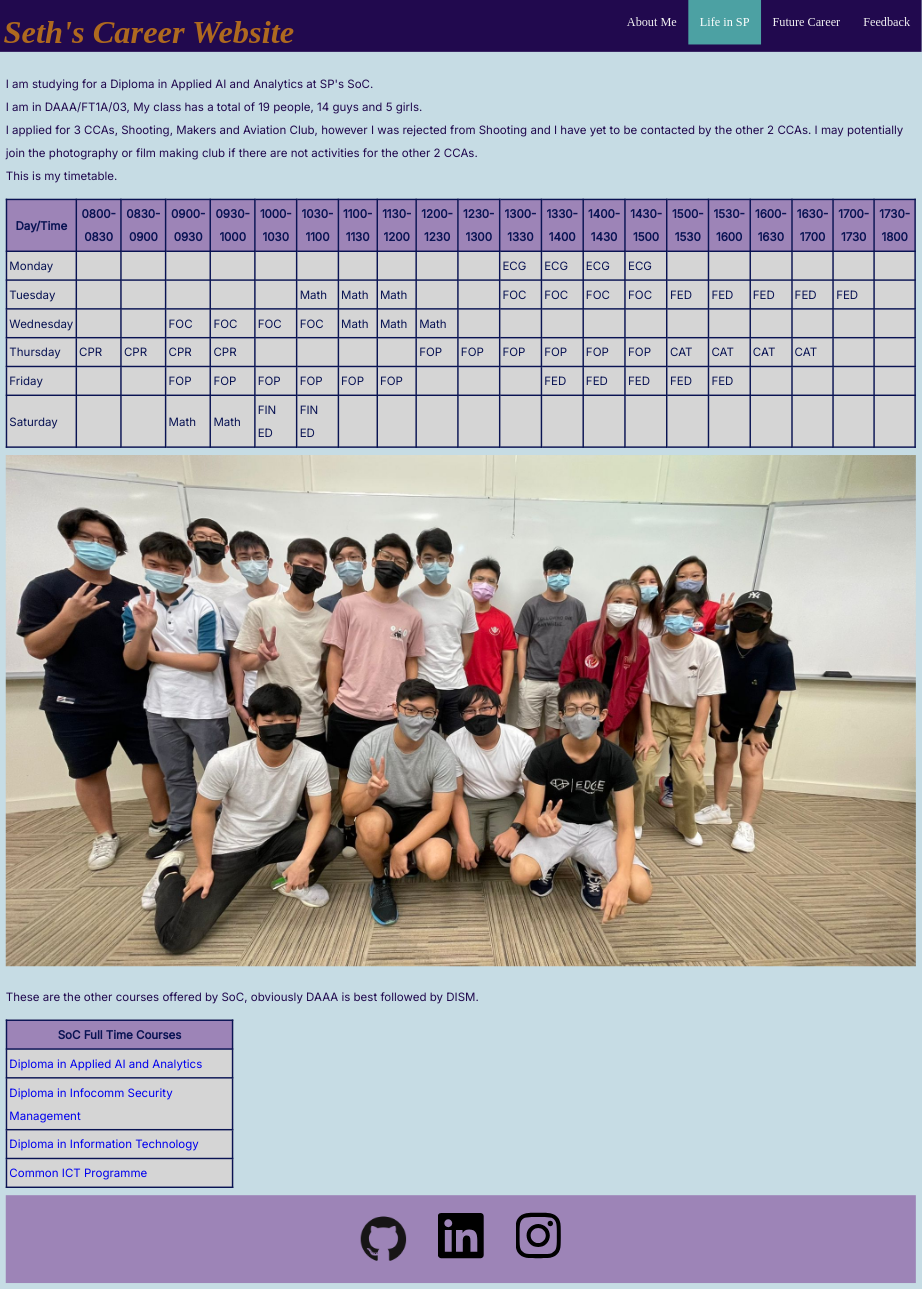
Repository: idkSeth/SP-FED-Website
Page: life.html
The author's editor kept a record of every edit. The page is drawn from the files as they stood at one moment, then again after the next edit.
The browser window is 1280 px wide. The pictures show the whole page, at 72% of full size.
Some web fonts or font styles are not loaded; a fallback is used.

Above is the page before.

### life.html
<!DOCTYPE html>
<html lang="en">
<head>
    <title>Seth's Career Website</title>
    <link rel="icon" type="image" href="/images/favicon.png">
    <meta charset="UTF-8">
    <script src="scripts.js"></script>
    <noscript>Your browser does not support JavaScript! Please use a browser that supports JavaScript.</noscript>
    <link rel="preconnect" href="https://fonts.googleapis.com">
    <link rel="preconnect" href="https://fonts.gstatic.com" crossorigin>
    <link href="https://fonts.googleapis.com/css2?family=ZCOOL+QingKe+HuangYou&display=swap" rel="stylesheet">
    <link href="https://fonts.googleapis.com/css2?family=Inter&family=Open+Sans&display=swap" rel="stylesheet">
    <link rel="stylesheet" href="styles.css">
</head>

<body>
    <header>
        <a class="awesome" href="index.html">Seth's Career Website</a>
        <div class="topnav">
            <a href="index.html">About Me</a>
            <a class="current" href="life.html">Life in SP</a>
            <a href="future.html">Future Career</a>
            <a href="feedback.html">Feedback</a>
        </div>
    </header>

    <div>
        <p>
            I am studying for a Diploma in Applied AI and Analytics at SP's SoC. <br>
            I am in DAAA/FT1A/03, My class has a total of 19 people, 14 guys and 5 girls. <br>
            I applied for 3 CCAs, Shooting, Makers and Aviation Club, however I was rejected from Shooting and I have yet to be contacted by the other 2 CCAs.
            I may potentially join the photography or film making club if there are not activities for the other 2 CCAs.

            <br> This is my timetable.
        </p>
    </div>


    <table class="timetable">
        <thead>
            <tr>
                <th>Day/Time</th>
                <th>0800-0830</th>
                <th>0830-0900</th>
                <th>0900-0930</th>
                <th>0930-1000</th>
                <th>1000-1030</th>
                <th>1030-1100</th>
                <th>1100-1130</th>
                <th>1130-1200</th>
                <th>1200-1230</th>
                <th>1230-1300</th>
                <th>1300-1330</th>
                <th>1330-1400</th>
                <th>1400-1430</th>
                <th>1430-1500</th>
                <th>1500-1530</th>
                <th>1530-1600</th>
                <th>1600-1630</th>
                <th>1630-1700</th>
                <th>1700-1730</th>
                <th>1730-1800</th>
            </tr>
        </thead>
        <tbody>
          <tr>
            <td>Monday</td>
            <td></td>
            <td></td>
            <td></td>
            <td></td>
            <td></td>
            <td></td>
            <td></td>
            <td></td>
            <td></td>
            <td></td>
            <td>ECG</td>
            <td>ECG</td>
            <td>ECG</td>
            <td>ECG</td>
            <td></td>
            <td></td>
            <td></td>
            <td></td>
            <td></td>
            <td></td>
          </tr>
          <tr>
            <td>Tuesday</td>
            <td></td>
            <td></td>
            <td></td>
            <td></td>
            <td></td>
            <td>Math</td>
            <td>Math</td>
            <td>Math</td>
            <td></td>
            <td></td>
            <td>FOC</td>
            <td>FOC</td>
            <td>FOC</td>
            <td>FOC</td>
            <td>FED</td>
            <td>FED</td>
            <td>FED</td>
            <td>FED</td>
            <td>FED</td>
            <td></td>
          </tr>
          <tr>
            <td>Wednesday</td>
            <td></td>
            <td></td>
            <td>FOC</td>
            <td>FOC</td>
            <td>FOC</td>
            <td>FOC</td>
            <td>Math</td>
            <td>Math</td>
            <td>Math</td>
            <td></td>
            <td></td>
            <td></td>
            <td></td>
            <td></td>
            <td></td>
            <td></td>
            <td></td>
            <td></td>
            <td></td>
            <td></td>
          </tr>
          <tr>
            <td>Thursday</td>
            <td>CPR</td>
            <td>CPR</td>
            <td>CPR</td>
            <td>CPR</td>
            <td></td>
            <td></td>
            <td></td>
            <td></td>
            <td>FOP</td>
            <td>FOP</td>
            <td>FOP</td>
            <td>FOP</td>
            <td>FOP</td>
            <td>FOP</td>
            <td>CAT</td>
            <td>CAT</td>
            <td>CAT</td>
            <td>CAT</td>
            <td></td>
            <td></td>
          </tr>
          <tr>
            <td>Friday</td>
            <td></td>
            <td></td>
            <td>FOP</td>
            <td>FOP</td>
            <td>FOP</td>
            <td>FOP</td>
            <td>FOP</td>
            <td>FOP</td>
            <td></td>
            <td></td>
            <td></td>
            <td>FED</td>
            <td>FED</td>
            <td>FED</td>
            <td>FED</td>
            <td>FED</td>
            <td></td>
            <td></td>
            <td></td>
            <td></td>
          </tr>
          <tr>
            <td>Saturday</td>
            <td></td>
            <td></td>
            <td>Math</td>
            <td>Math</td>
            <td>FIN ED</td>
            <td>FIN ED</td>
            <td></td>
            <td></td>
            <td></td>
            <td></td>
            <td></td>
            <td></td>
            <td></td>
            <td></td>
            <td></td>
            <td></td>
            <td></td>
            <td></td>
            <td></td>
            <td></td>
          </tr>
      </tbody>
    </table>


    <img src="images/class.jpeg" alt="My Class">

    <p>
        These are the other courses offered by SoC, obviously DAAA is best followed by DISM.
    </p>

    <div>
        <table class="courses">
            <thead>
                <tr>
                    <th>SoC Full Time Courses</th>
                </tr>
            </thead>

            <tbody>
                <tr>
                    <td>
                        <a href="https://www.sp.edu.sg/soc/courses/full-time-diplomas/applied-AI-and-analytics">Diploma in Applied AI and Analytics</a>
                    </td>
                </tr>
                <tr>
                    <td>
                        <a href="https://www.sp.edu.sg/soc/courses/full-time-diplomas/infocomm-security-management">Diploma in Infocomm Security Management</a>
                    </td>
                </tr>
                <tr>
                    <td>
                        <a href="https://www.sp.edu.sg/soc/courses/full-time-diplomas/information-technology">Diploma in Information Technology</a>
                    </td>
                </tr>
                <tr>
                    <td>
                        <a href="https://www.sp.edu.sg/soc/courses/full-time-diplomas/common-ict-programme">Common ICT Programme</a>
                    </td>
                </tr>
            </tbody>
        </table>
    </div>

    <footer>
        <div id="social">
            <a href="https://github.com/idkSeth" target="_blank" rel="noopener"><img src="images/icons/GitHub-Mark-120px-plus.png" alt="GitHub"></a>
            <a href="https://www.linkedin.com/in/seth-yong-00672b229/" target="_blank" rel="noopener"><img src="/images/icons/linkedin-brands.svg" alt="LinkedIn"></a>
            <a href="https://www.instagram.com/ds047_seth" target="_blank" rel="noopener"><img src="/images/icons/instagram-brands.svg" alt="Instagram"></a>
        </div>
    </footer>

</body>

### styles.css
body {
    background-color:  #C6DCE4;
    margin-top: 100px;
    padding: 0;
    font-family: 'Inter', sans-serif;
    font-weight: normal;
    line-height: 2;
}

#about {
    align-content: center;
    margin: auto;
    padding: auto;
    text-align: center;
    top: 50%;
    text-align: left;
    margin: auto;
    width: 100%;
    height: 100%;
}

#social {
  text-align: center;
  width: 100%;
}

#social a img {
  width: 5%;
  padding: 20px;
}

p {
    color:#21094E;
}

img {
  object-fit: contain;
  width: 100%;
  margin: auto;
}

footer {
  background-color: #9D84B7;
  bottom: 0;
  left: 0;
  width: 100%;
  margin: 0;
  padding: 0;
}


header {
  font-family: 'ZCOOL QingKe HuangYou', cursive;
  background-color: #21094E;
  min-width: 100%;
  width: 100%;
  height: 10%;
  left: 0;
  top: 0;
  position: absolute;
}

header a {
  padding-left: 5px;
}


/* Add a black background color to the top navigation */
.topnav {
  overflow: hidden;
  float: right;
}

/* Style the links inside the navigation bar */
.topnav a {
  float: left;
  color: #f2f2f2;
  text-align: center;
  padding: 14px 16px;
  text-decoration: none;
  font-size: 17px;
  height: 10%;
}

/* Change the color of links on hover */
.topnav a:hover {
  background-color: #ddd;
  color: black;
}

/* Highlight current page */
.topnav .current {
  background-color: #4CA1A3;
  color: white;
}

a {
  text-decoration: None;
}
.awesome {
    font-family: futura;
    font-style: italic;
    color: #313131;
    font-size: 45px;
    font-weight: bold;
    -webkit-animation: colorchange 20s infinite alternate;
  }

  @-webkit-keyframes colorchange {
    0% {
      color: blue;
    }
    10% {
      color: #8e44ad;
    }
    20% {
      color: #1abc9c;
    }
    30% {
      color: #d35400;
    }
    40% {
      color: blue;
    }
    50% {
      color: #34495e;
    }
    60% {
      color: blue;
    }
    70% {
      color: #2980b9;
    }
    80% {
      color: #f1c40f;
    }
    90% {
      color: #2980b9;
    }
    100% {
      color: pink;
    }
  }

input[type=text], input[type=email] {
  width: 100%;
  padding: 12px 20px;
  margin: 8px 0;
  box-sizing: border-box;
}

input[type=text]:focus, input[type=email]:focus {
  border: 3px solid #555;
}

input[type=button], input[type=submit], input[type=reset] {
  background-color: #04AA6D;
  border: none;
  color: white;
  padding: 16px 32px;
  text-decoration: none;
  margin: 4px 2px;
  cursor: pointer;
}

table.timetable {
  width: 100%;
  background-color: #d5d5d5;
  border-collapse: collapse;
  border-width: 2px;
  border-color: #091353;
  border-style: solid;
  color: #091353;
  margin-bottom: 10px;
}

table.timetable td, table.timetable th {
  border-width: 2px;
  border-color: #091353;
  border-style: solid;
  padding: 3px;
}

table.timetable thead {
  background-color: #9d84b7;
}

table.courses {
  width: 25%;
  background-color: #d5d5d5;
  border-collapse: collapse;
  border-width: 2px;
  border-color: #091353;
  border-style: solid;
  color: #091353;
  margin-bottom: 10px;
}

table.courses td, table.courses th {
  border-width: 2px;
  border-color: #091353;
  border-style: solid;
  padding: 3px;
}

table.courses thead {
  background-color: #9d84b7;
}

li {
  display: inline;
}

Loaded but not shown: scripts.js (no stored copy; drawn as an empty file)

After the next edit:
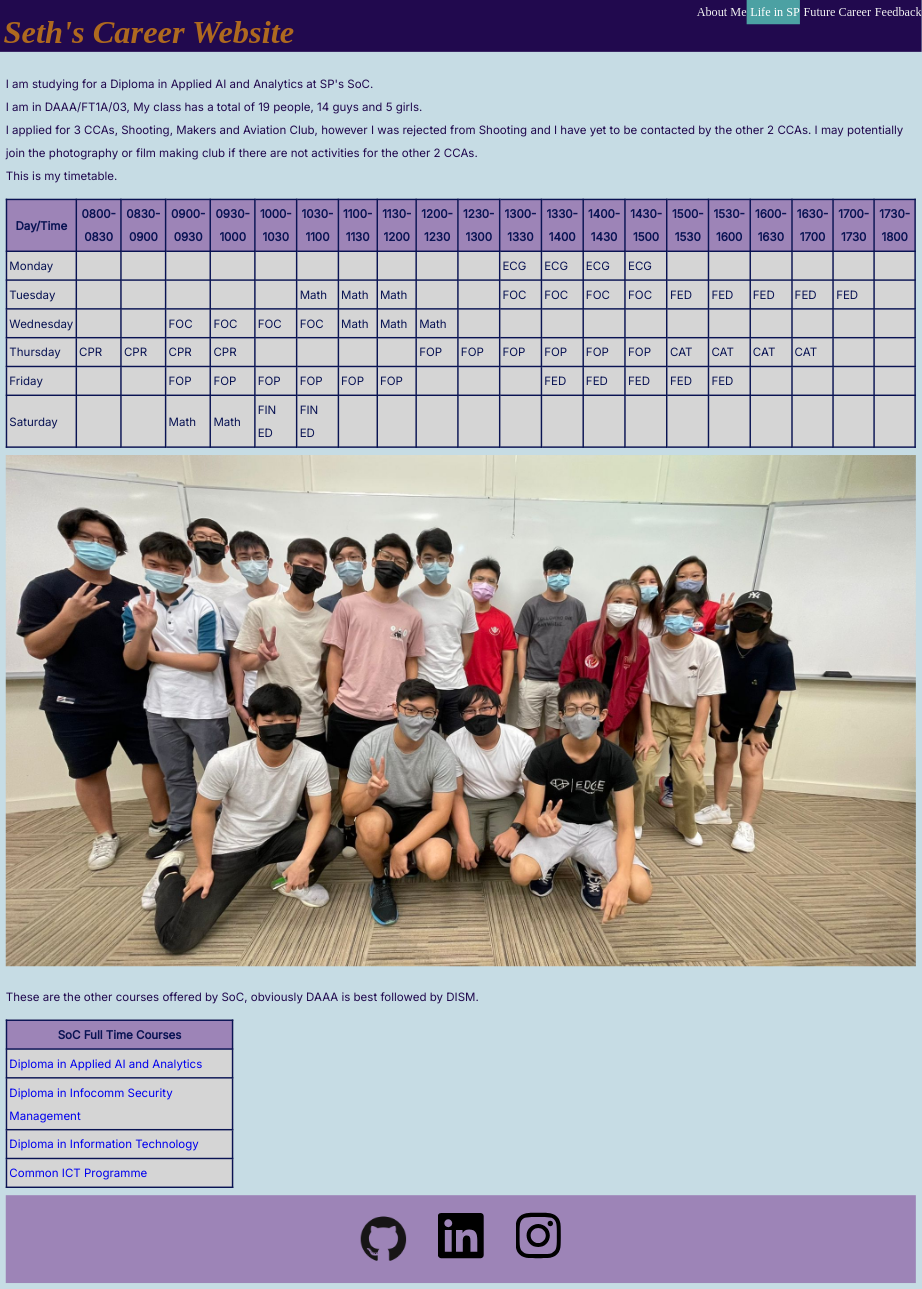
The edit:
--- a/styles.css
+++ b/styles.css
@@ -76,7 +76,6 @@
   float: left;
   color: #f2f2f2;
   text-align: center;
-  padding: 14px 16px;
   text-decoration: none;
   font-size: 17px;
   height: 10%;

After the 2 edits that followed:
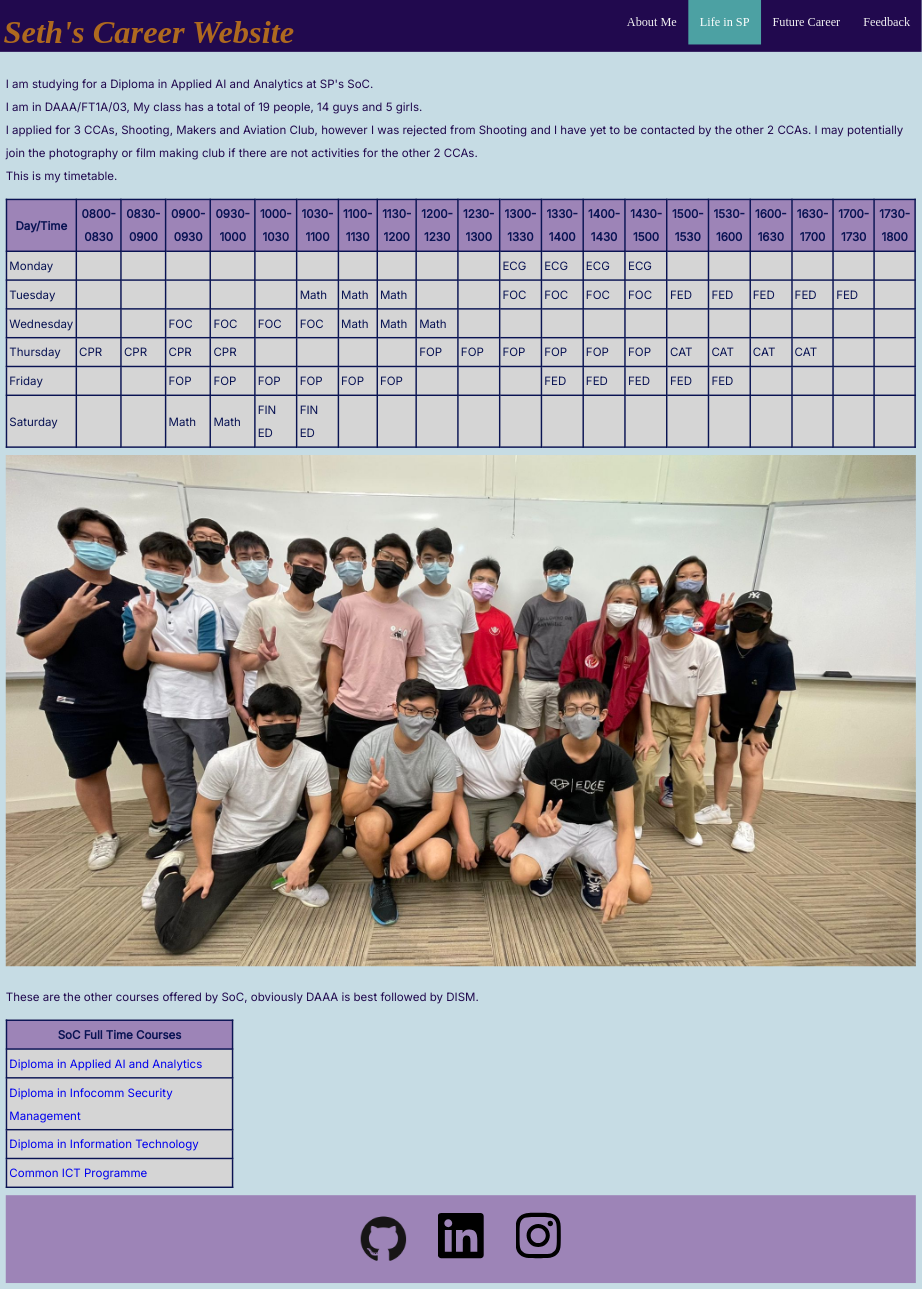
The 2 edits are shown as one change because 1 left the picture as it was.
The edit:
--- a/styles.css
+++ b/styles.css
@@ -76,9 +76,9 @@
   float: left;
   color: #f2f2f2;
   text-align: center;
+  padding: 14px 16px;
   text-decoration: none;
   font-size: 17px;
-  height: 10%;
 }
 
 /* Change the color of links on hover */
@@ -96,6 +96,7 @@
 a {
   text-decoration: None;
 }
+
 .awesome {
     font-family: futura;
     font-style: italic;
